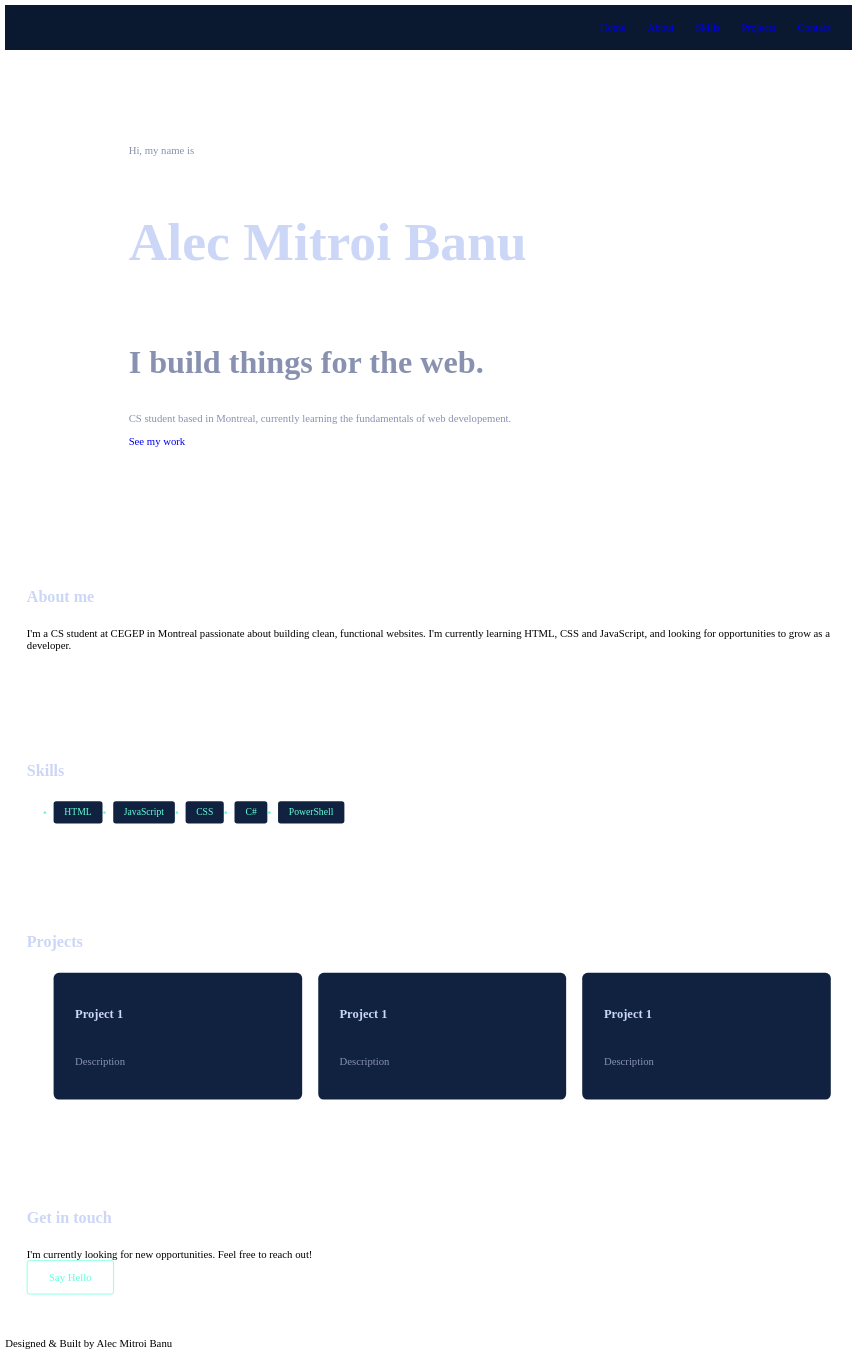
Repository: Alec-Banu/Alec-Banu
Page: index.html
The author's editor kept a copy of each file at every save. The page is drawn from the files as they stood at one save, then again after the next save.
The browser window is 1280 px wide. The pictures show the whole page, at 67% of full size.

Above is the page before, as saved 2026-05-04 13:03:38.

### index.html
<!doctype html>
<html lang="en">
  <head>
    <meta charset="UTF-8" />
    <meta name="viewport" content="width=device-width, initial-scale=1.0" />
    <title>Alec Mitroi Banu</title>
    <link rel="stylesheet" href="./styles/globals.css" />
    <link rel="stylesheet" href="./styles/index.css" />
  </head>
  <body>
    <!-- Nav  -->
    <header>
      <nav>
        <a href="#hero">Home</a>
        <a href="#about">About</a>
        <a href="#skills">Skills</a>
        <a href="#projects">Projects</a>
        <a href="#contact">Contact</a>
      </nav>
    </header>

    <!-- Hero  -->

    <main>
      <section id="hero">
        <p>Hi, my name is</p>
        <h1>Alec Mitroi Banu</h1>
        <h2>I build things for the web.</h2>
        <p>
          CS student based in Montreal, currently learning the fundamentals of
          web developement.
        </p>
        <a href="#projects">See my work</a>
      </section>

      <!-- About  -->
      <section id="about">
        <h2>About me</h2>
        <p>
          I'm a CS student at CEGEP in Montreal passionate about building clean,
          functional websites. I'm currently learning HTML, CSS and JavaScript,
          and looking for opportunities to grow as a developer.
        </p>
      </section>

      <!-- Skills  -->
      <section id="skills">
        <h2>Skills</h2>
        <ul>
          <li>HTML</li>
          <li>JavaScript</li>
          <li>CSS</li>
          <li>C#</li>
          <li>PowerShell</li>
        </ul>
      </section>

      <!-- Projects -->
      <section id="projects">
        <h2>Projects</h2>
        <ul class="cards">
          <li>
            <article class="project-card">
              <h3>Project 1</h3>
              <p>Description</p>
            </article>
          </li>
          <li>
            <article class="project-card">
              <h3>Project 1</h3>
              <p>Description</p>
            </article>
          </li>
          <li>
            <article class="project-card">
              <h3>Project 1</h3>
              <p>Description</p>
            </article>
          </li>
        </ul>
      </section>

      <!-- Contact -->
      <section id="contact">
        <h2>Get in touch</h2>
        <p>
          I'm currently looking for new opportunities. Feel free to reach out!
        </p>
        <a href="mailto:alecbanu@yahoo.com">Say Hello</a>
      </section>
    </main>
    <footer>
      <p>Designed & Built by Alec Mitroi Banu</p>
    </footer>
  </body>
</html>

### styles/index.css
a{
    text-decoration: none;
}

nav {
  display: flex;
  gap: 2rem;
  padding: 1.5rem 2rem;
  justify-content: flex-end;
  position: sticky;
  top: 0;
  background-color: #0a192f;
}

#hero {
  min-height: 100vh;
  display: flex;
  flex-direction: column;
  justify-content: center;
  padding: 0 2rem;
  max-width: 56rem;
  margin: 0 auto;

  h1 {
    font-size: 2rem;
    color: #ccd6f6;
  }
  h2 {
    font-size: 1.5rem;
    color: #8892b0;
  }
  p {
    color: #8892b0;
    margin: 1rem 0;
  }
}

section {
  padding: 4rem 2rem;

  h2 {
    font-size: 1.5rem;
    margin-bottom: 2rem;
    color: #ccd6f6;
  }
}

#skills {
  ul {
    display: flex;
    flex-wrap: wrap;
    gap: 1rem;
  }
  li {
    background-color: #112240;
    color: #64ffda;
    padding: 0.5rem 1rem;
    border-radius: 0.25rem;
    font-size: 0.9rem;
  }
}

#projects {
  .cards{
    display: grid;
    grid-template-columns: 1fr;
    gap: 1.5rem;
  list-style: none;
  }
  .project-card{
    background-color: #112240;
    padding: 2rem;
    border-radius: 0.5rem;
    display: flex;
    flex-direction: column;
    gap: 1rem;

    h3{
      color: #ccd6f6;
    }
    p{
      color: #8892b0;
    }
  }
}

#contact {
  a {
    border: 0.1rem solid #64ffda;
    color: #64ffda;
    padding: 1rem 2rem;
    border-radius: 0.25rem;
  }
  a:hover {
    background-color: #64ffda1a;
    text-decoration: none;
  }
}

/* Tablet */

@media (min-width: 768px) {
  #hero h1 {
    font-size: 3.5rem;
  }
  #hero h2 {
    font-size: 2.5rem;
  }
  #projects .cards{
    grid-template-columns: 1fr 1fr;
  }
}

/* Desktop */

@media (min-width: 1024px) {
  #hero h1 {
    font-size: 5rem;
  }
  #hero h2 {
    font-size: 3rem;
  }
  #projects .cards{
    grid-template-columns: 1fr 1fr 1fr;
  }
}

Loaded but not shown: styles/globals.css (no stored copy; drawn as an empty file)

After the next save:
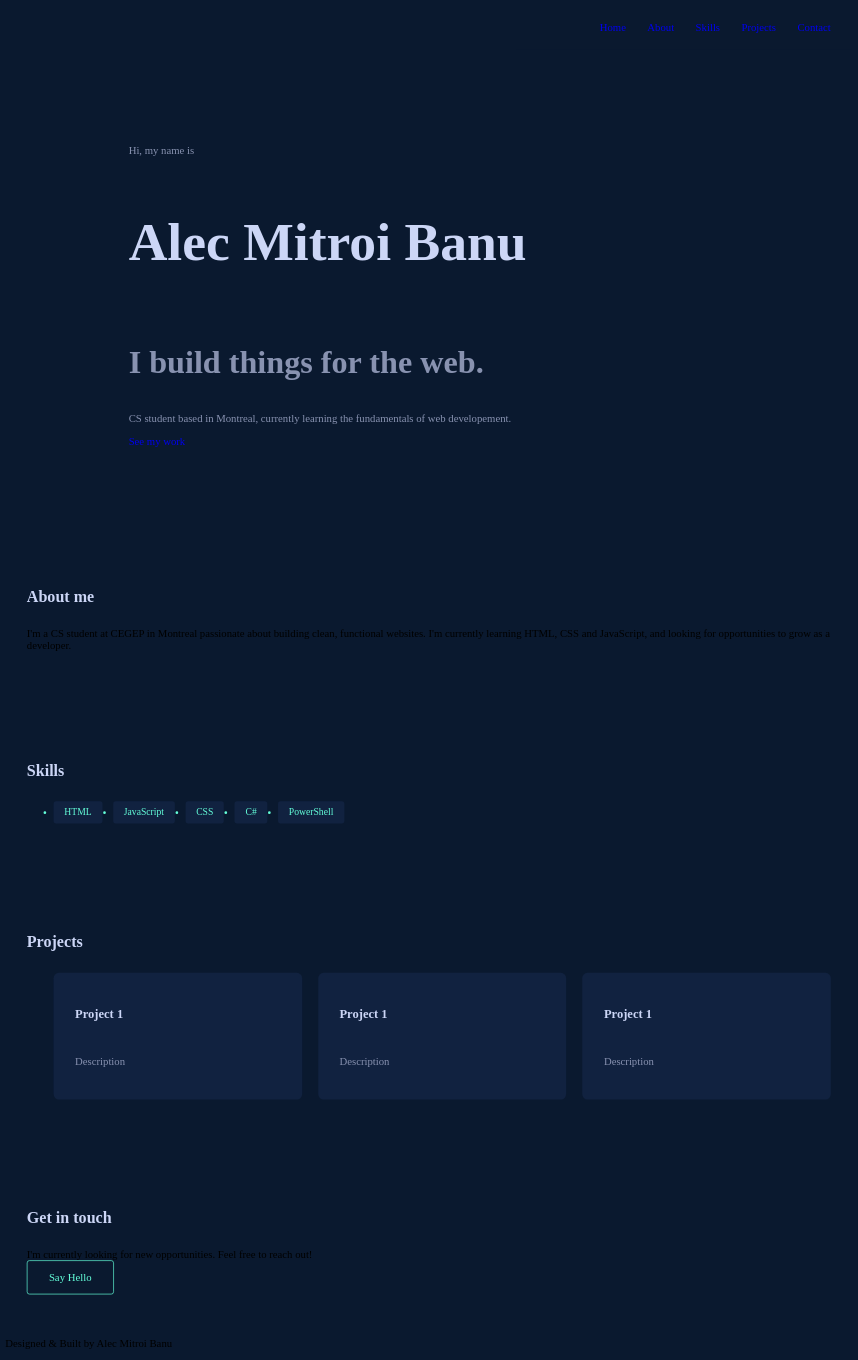
Saved 6 min 44 s later.
--- a/styles/index.css
+++ b/styles/index.css
@@ -1,3 +1,7 @@
+body{
+  background-color: #0a192f;
+}
+
 a{
     text-decoration: none;
 }
